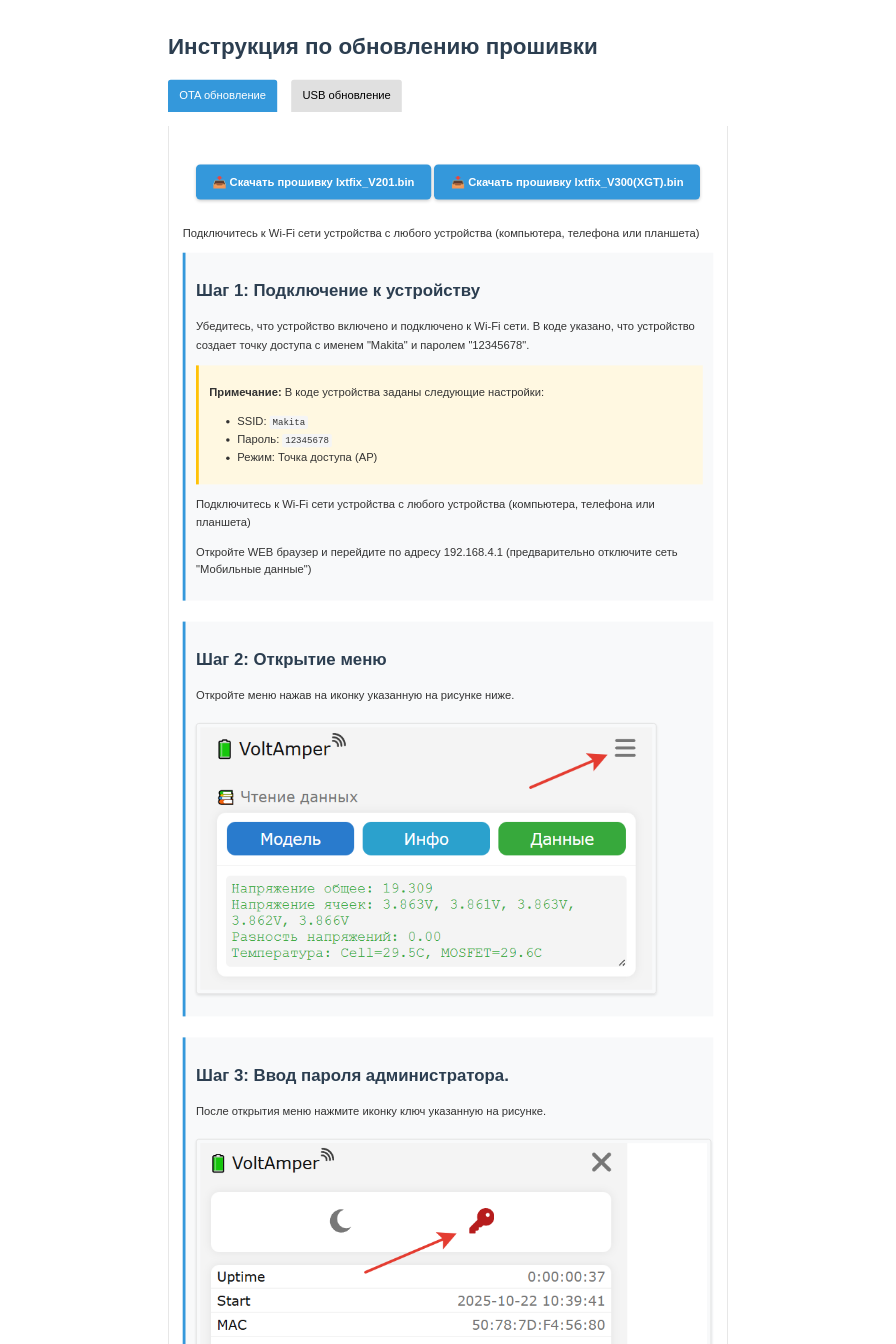
Repository: NikElectronics/ELIXStoFIX
Page: firmware.html
These files come from the project's save history. The page is drawn as it stood at one moment and after the next save; the edit follows.
The browser window is 1280 px wide. The pictures show the part of the page from y = 0 to 1920 px (the page is 5601 px tall), at 70% of full size.

Above is the page before, as saved 2026-01-19 05:07:42.

After the next save:
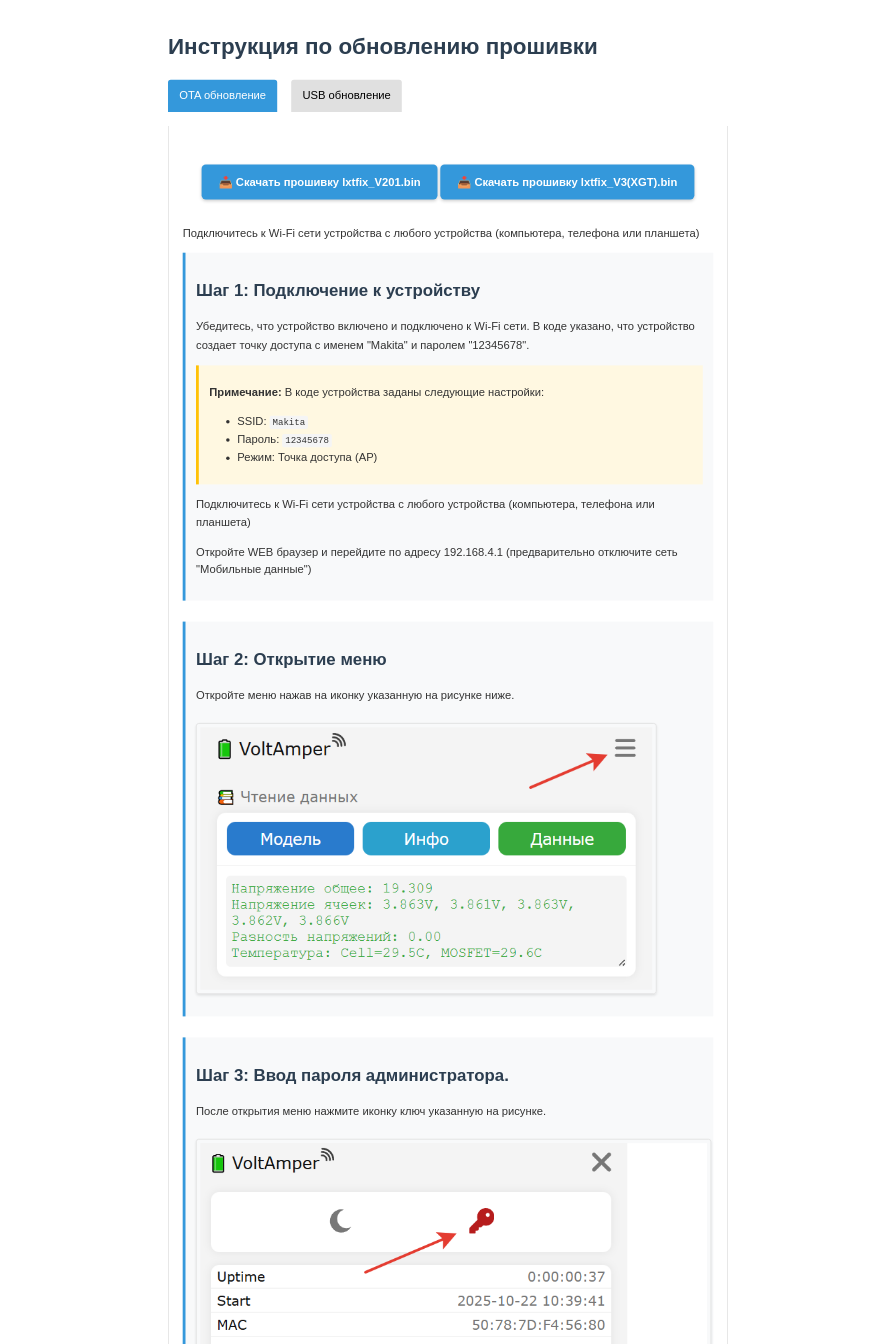
Saved 25 s later.
--- a/firmware.html
+++ b/firmware.html
@@ -177,8 +177,8 @@
             <a href="files/lxtfix_V201.bin" download class="download-btn">
                 📥 Скачать прошивку lxtfix_V201.bin
             </a>
-            <a href="files/lxtfix_V3.0(XGT).bin" download class="download-btn">
-                📥 Скачать прошивку lxtfix_V300(XGT).bin
+            <a href="files/lxtfix_V3(XGT).bin" download class="download-btn">
+                📥 Скачать прошивку lxtfix_V3(XGT).bin
             </a>
         </div>
 
